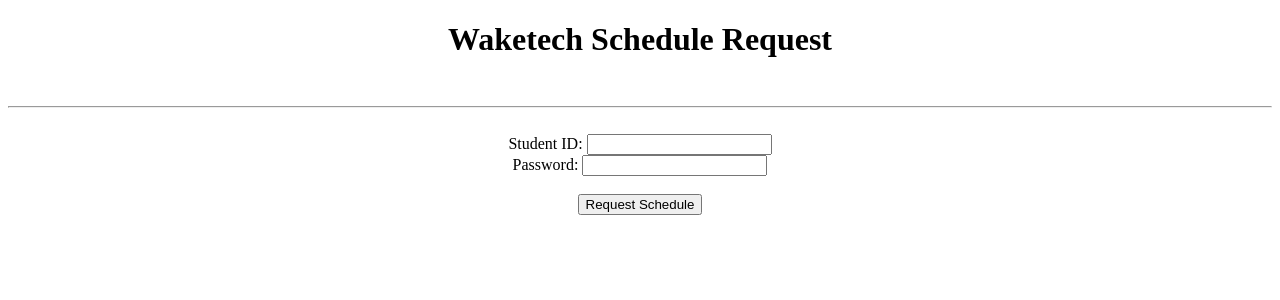
Repository: weshayutin/java258Online
Page: workspace/Week2Assignment/WebContent/scheduleForm.html
An editor plug-in stored every save of this project. The page is shown before and after the next save, followed by the edit.
The browser window is 1280 px wide. The pictures show the whole page.

Above is the page before, as saved 2011-01-24 03:24:23.

After the next save:
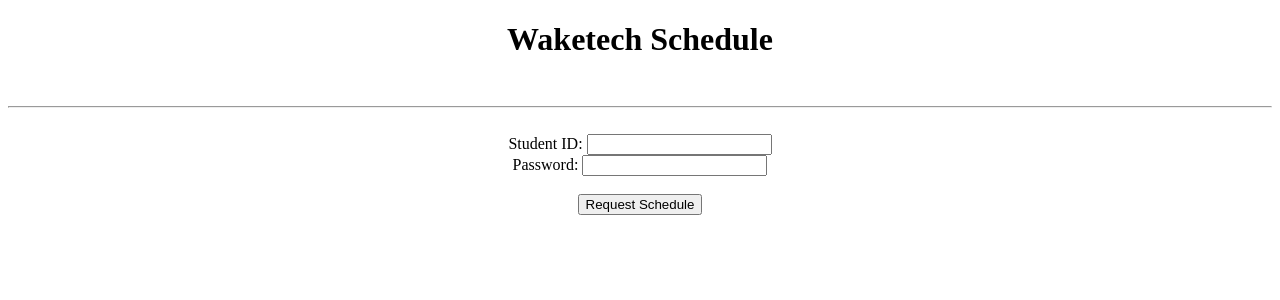
Saved 95 s later.
--- a/workspace/Week2Assignment/WebContent/scheduleForm.html
+++ b/workspace/Week2Assignment/WebContent/scheduleForm.html
@@ -5,7 +5,7 @@
 <title>Waketech Schedule</title>
 </head>
 <body>
-<h1 align="center"> Waketech Schedule Request</h1>
+<h1 align="center"> Waketech Schedule</h1>
 <br>
 <hr/>
 <br>
